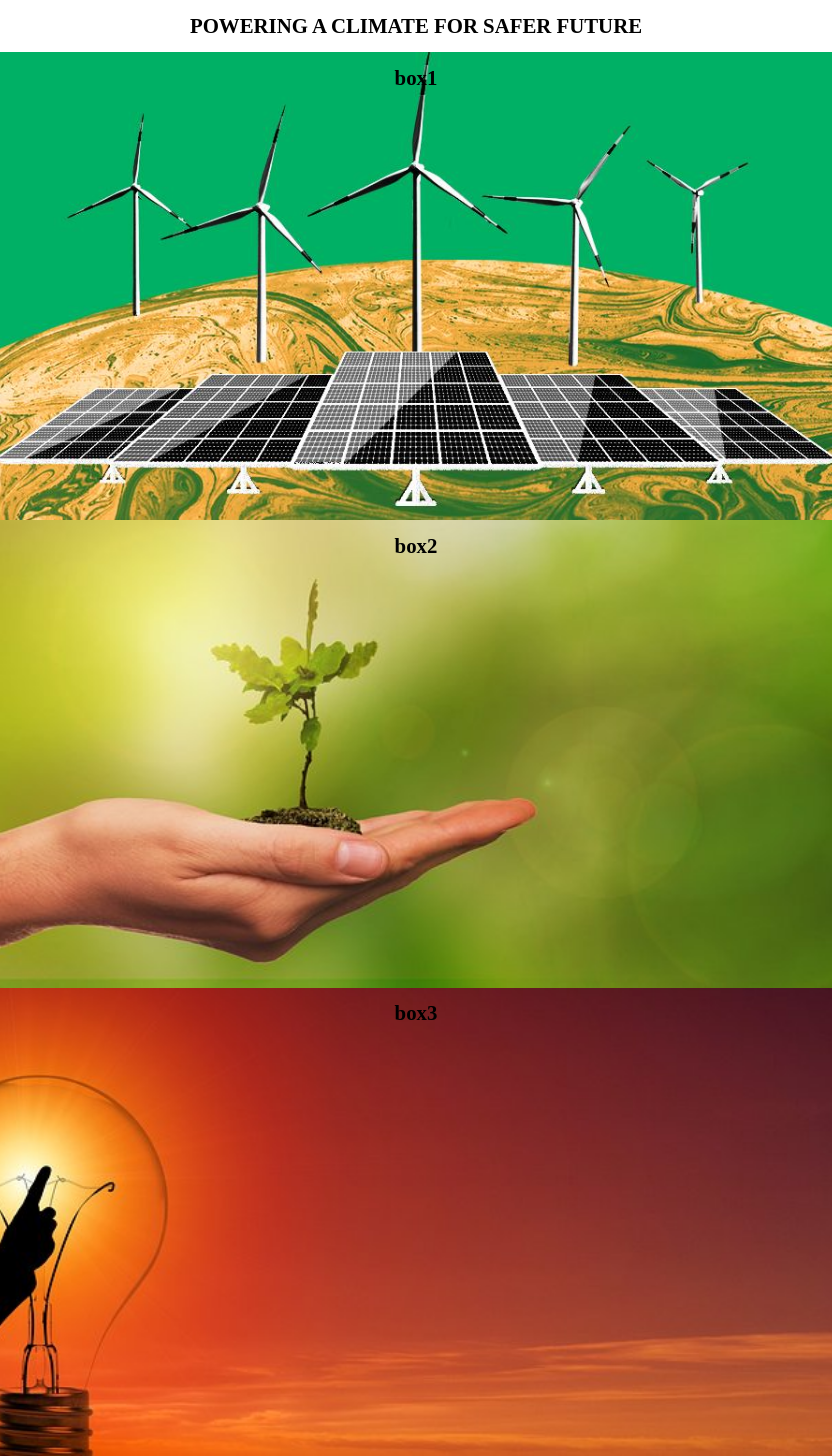
Repository: NavinDayanithi/static-web-design-competition
Page: index.html
The author's editor kept a copy of each file at every save. The page is drawn from the files as they stood at one save, then again after a run of saves.
The browser window is 1280 px wide. The pictures show the whole page, at 65% of full size.
Backgrounds fixed to the window are drawn as part of the page.

Above is the page before, as saved 2023-04-28 19:37:01.

After the next 3 saves:
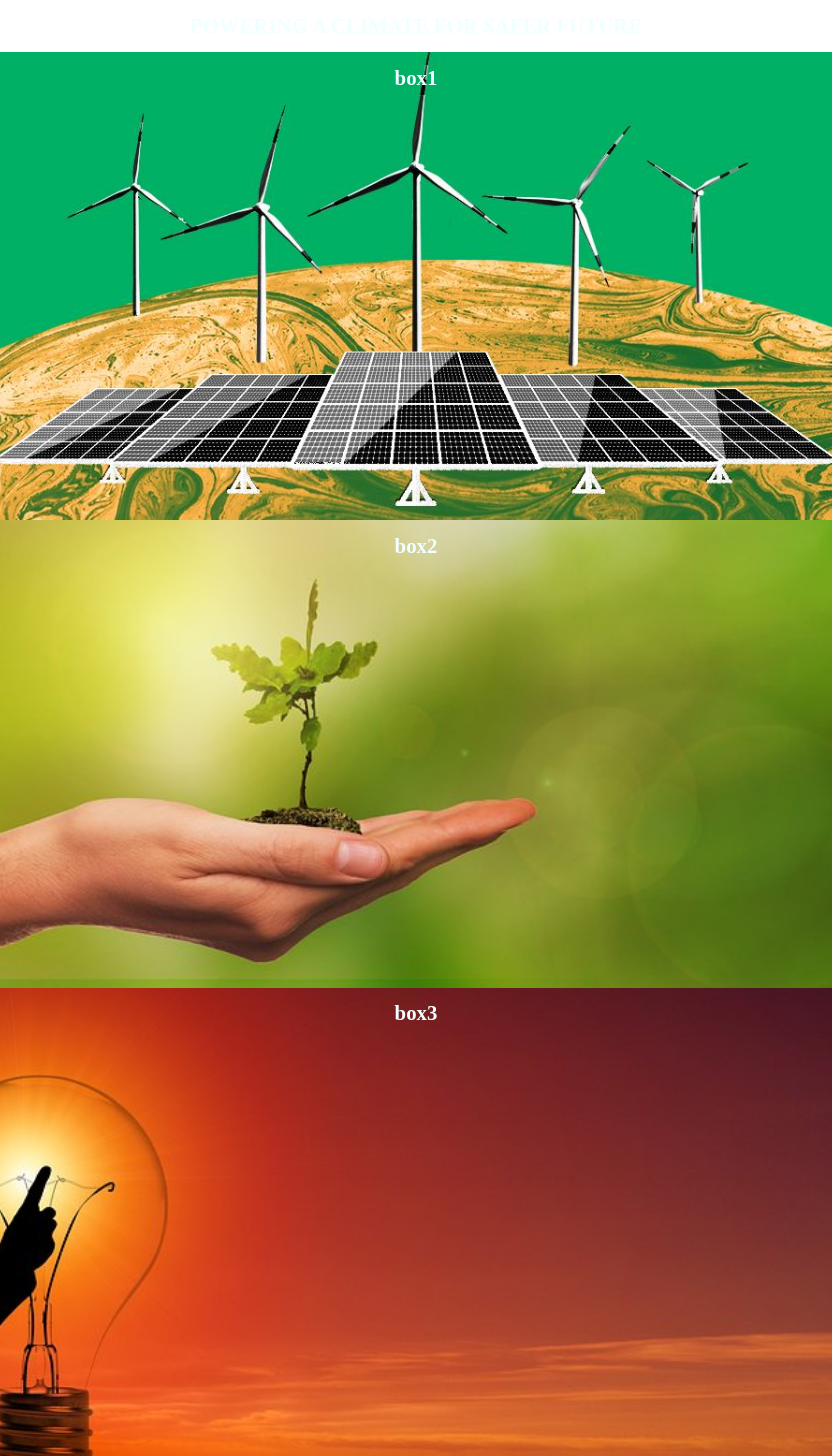
The 3 saves are shown as one change because they came seconds apart.
The last was saved 22 s later.
--- a/styles.css
+++ b/styles.css
@@ -1,6 +1,7 @@
 *
 {
     text-align:center;
+    color: azure;
 }
  body{
     margin: 0;
